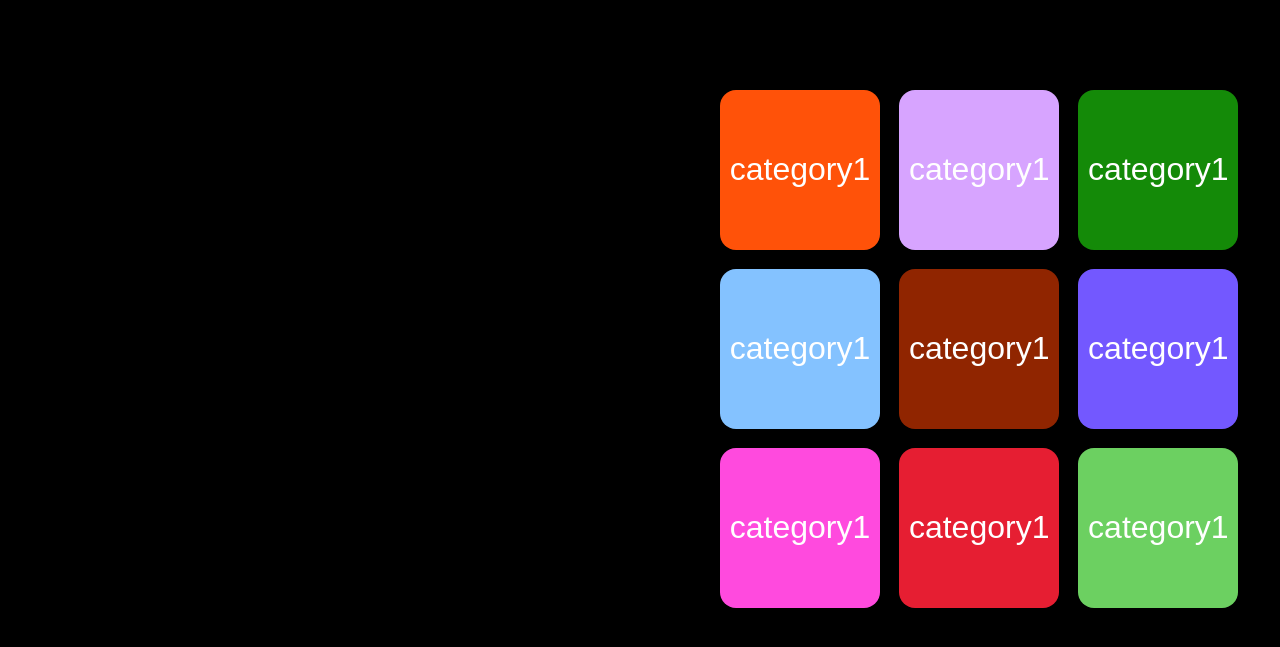
Repository: drumsmanku/react-capstone-project-2
Page: /categories
An editor plug-in stored every save of this project. The page is shown before and after the next save, followed by the edit.
The browser window is 1280 px wide. The pictures show the whole page.
Some web fonts or font styles are not loaded; a fallback is used. The project was rebuilt for these pictures with package versions that can differ from the ones it lists, and the page was loaded fresh each time. Also part of the build but not shown: src/components/RegistrationPage.js, src/components/SubmitSuccess.js.

Above is the page before, as saved 2023-05-24 10:39:06.

### src/index.css
body,html{
  padding: 0;
  margin: 0;
}

### src/App.js
import './App.css';
import RegistrationPage from './components/RegistrationPage';
import SubmitSuccess from './components/SubmitSuccess';
import CategoriesPage from './components/CategoriesPage';
import { BrowserRouter as Router, Route, Routes} from 'react-router-dom';
function App() {
  const categories=['category1', 'category1','category1','category1','category1','category1','category1', 'category1','category1',];
  const colors=['#FF5209', '#D7A4FF','#148A08','#84C2FF','#902500','#7358FF','#FF4ADE','#E61E32','#6CD061',]
  return (
    <div className='App'>
      <Router>
        <Routes>
          <Route path='/' element={<RegistrationPage />}/>
          <Route path='/success' element={<SubmitSuccess/>}/>
          <Route path='/categories' element={<CategoriesPage categories={categories} backgroundcolor={colors} />}/>
        </Routes>
      </Router>
    </div>
  );
}

export default App;

### src/App.css
.App {
  margin: 0;
  padding: 0;

}

### src/components/CategoriesPage.js
import React from 'react'
import './CategoriesPage.css'

function CategoriesPage(props) {
  const{categories, backgroundcolor}=props
  return (
    <div className='container'>
      <div className='first-container'>

      </div>
      <div className='second-container'>
        <div className='category-container'>
          {categories.map((category, index)=>(
            <button style={{border:'none', background:'none',color:'white', backgroundColor:backgroundcolor[index], height:'10rem', width:'10rem', margin:'0.6rem', borderRadius:'1rem', fontSize:'2rem'}} key={index}>{category}</button>
          ))}
        </div>
        <div>
          {/* next page button */}
        </div>

      </div>
    </div>
  )
}

export default CategoriesPage

### src/components/RegistrationPage.css
@import url('https://fonts.googleapis.com/css2?family=Roboto:wght@900&display=swap');
@import url('https://fonts.googleapis.com/css2?family=Single+Day&display=swap');
@import url('https://fonts.googleapis.com/css2?family=DM+Sans&display=swap');
.reg-page{
  background-image: url('../Assets/back1.png');
  background-size: 50% 120%;
  background-repeat: no-repeat;
  height: 100vh;

  background-color: black;
  display: flex;
}
.first-div{
  font-family:'Roboto';
  color: white;
  width: 50%;
  height: 100vh;
  display: flex;
  justify-content: center;
  position: relative;
}
.first-first-div{
  width: 70%;
  position: absolute;
  bottom: 4.5rem;
}
.first-first-div h1{
  font-size: 3rem;
  padding: 0;
  margin: 0;
}
.second-div{
  height: inherit;
  width: 50%;
  display: flex;
  flex-direction: column;
  justify-content: center;
  align-items: center;
  color: white;
}
.second-div h1{
  font-family: 'Single Day';
  font-size: 3.3rem;
  color: #72DB73;
  font-weight: 400;
  margin: 0;
}
.second-div h4{
  font-family: 'DM Sans';
  font-weight: 200;
  margin-bottom: 2rem;
  margin-top: 1rem;
  font-size: 1.1rem;
}
form{
  display: flex;
  flex-direction: column;
}
form input[type=text]{
  margin: 0.7rem;
  width: 23rem;
  height: 2.9rem;
  border: none;
  background-color: #292929;
  border-radius: 0.1rem;
  font-family: 'DM Sans';
}
form input[type=number]{
  margin: 0.7rem;
  width: 23rem;
  height: 2.9rem;
  border: none;
  background-color: #292929;
  border-radius: 0.1rem;
  font-family: 'DM Sans';

}
form input[type=email]{
  margin: 0.7rem;
  width: 23rem;
  height: 2.9rem;
  border: none;
  background-color: #292929;
  border-radius: 0.1rem;
  font-family: 'DM Sans';
}

form input::placeholder{
  padding-left: 0.9rem;
  font-size: 1rem;
}
.checkbox1{
  width: 100%;
  display: flex;
  padding-left: 0.5rem;
  font-family: 'DM Sans';
  margin: 1.6rem 0 1.6rem 0;
  font-size: 0.9rem;
}
.checkbox1 input[type="checkbox"]{
  margin-right: 1rem;
  border: none;
  transform: scale(1.4);
}
form button{
  background-color: #72DB73;
  border: none;
  height: 3rem;
  width: 23rem;
  border-radius: 2.2rem;
  font-size: 1.4rem;
  font-family: 'DM Sans';
  font-weight: 600;
  color: white;
  letter-spacing: 0.2rem;
}

### src/components/CategoriesPage.css
.container{
  display:flex;
  background-color: black;
  height: 100vh;
  width: 100%;
}
.first-container{
  height: inherit;
  width: 40%;
}

.second-container{
  height: inherit;
  width: 60%;
  display: flex;
  flex-direction: column;
  justify-content: center;
  align-items: flex-end;
  position: relative;
}
.category-container{
  width: 70%;
  margin-right: 2rem;
  position: absolute;
  top: 5rem;
}

Loaded but not shown: public/index.html (common file); src/index.js (common file)

After the next save:
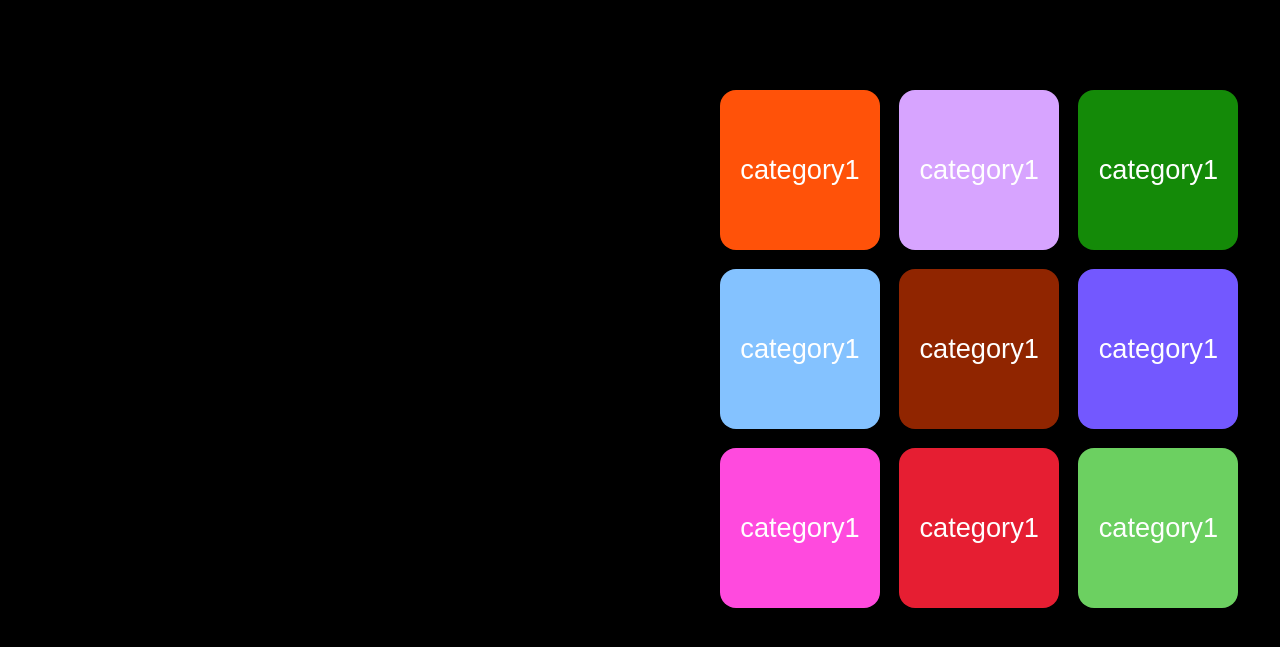
Saved 8 s later.
--- a/src/components/CategoriesPage.js
+++ b/src/components/CategoriesPage.js
@@ -11,7 +11,7 @@ function CategoriesPage(props) {
       <div className='second-container'>
         <div className='category-container'>
           {categories.map((category, index)=>(
-            <button style={{border:'none', background:'none',color:'white', backgroundColor:backgroundcolor[index], height:'10rem', width:'10rem', margin:'0.6rem', borderRadius:'1rem', fontSize:'2rem'}} key={index}>{category}</button>
+            <button style={{border:'none', background:'none',color:'white', backgroundColor:backgroundcolor[index], height:'10rem', width:'10rem', margin:'0.6rem', borderRadius:'1rem', fontSize:'1.7rem'}} key={index}>{category}</button>
           ))}
         </div>
         <div>
